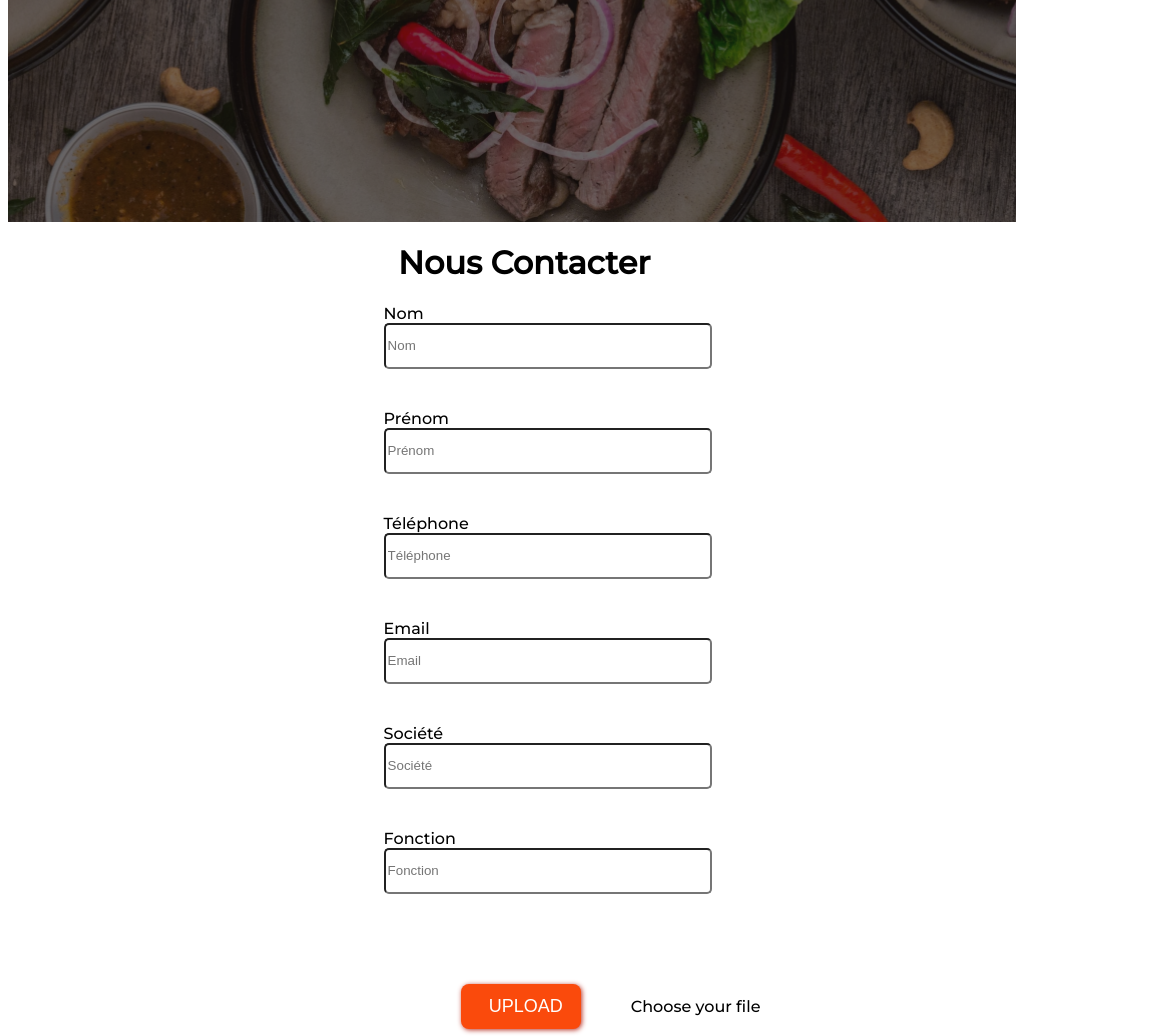
Repository: Ahlam-belhadj/bella-olange
Page: index3.html
These files come from the project's save history. The page is drawn as it stood at one moment and after the next save; the edit follows.
The browser window is 1024 px wide. The page is 1166 px wide, so the pictures cover 1166 px, including what lies to the right of the window. The pictures show the part of the page from y = 485 to 1521 px (the page is 2650 px tall before and 2491 px after).

Above is the page before, as saved 2023-02-14 15:44:47.

### index3.html
<!DOCTYPE html>
<html lang="en">

<head>
    <meta charset="UTF-8">
    <meta http-equiv="X-UA-Compatible" content="IE=edge">
    <meta name="viewport" content="width=device-width, initial-scale=1.0">
    <link rel="stylesheet" href="style3.css">
    <script src="https://www.google.com/recaptcha/api.js" async defer></script>
    <title>Bella olanje</title>
</head>

<body>
    <header>
        <nav>
            <div class="logo"><img  class="logo" src="image/logo_bella_olonje.png" alt="logo"></div>
            <ul>
                <li><a href="#" class="nav-link">Home</a></li>
                <li><a href="#" class="nav-link">Pizza</a></li>
                <li><a href="#" class="nav-link">Burgers</a></li>
                <li><a href="#" class="nav-link">Salade</a></li>
                <li><a href="#" class="nav-link">Contact</a></li>

            </ul>
            <div class="icon_navbar">
                <label for="click" class="menu-btn">
                  <i class="fas fa-bars"></i>
                </label>
            </div>
          </nav>

        <div class="title">
            <div class="texte">
                <h3>Food app</h3>
                <h1>Chez Bella <br>
                    chaque désire s'additionne.</h1>
            </div>
        </div>
    </header>
    <main>
    <div class="information">
        <form>
            <h1>Nous Contacter</h1>
            <div class="commande">
                <div class="info1">
                    <div class="label">
                        <label>Nom</label>
                        <br>
                        <input type="text" placeholder="Nom">
                    </div>
                    <div class="label">
                        <label>Prénom</label>
                        <br>
                        <input type="text" placeholder="Prénom">
                    </div>
                </div>
                <div class="info2">
                    <div class="label">
                        <label>Téléphone</label>
                        <br>
                        <input type="text" placeholder="Téléphone">
                    </div>
                    <div class="label">
                        <label>Email</label>
                        <br>
                        <input type="email" placeholder="Email">
                    </div>
                </div>
                <div class="info1">
                    <div class="label">
                        <label>Société</label>
                        <br>
                        <input type="text" placeholder="Société">
                    </div>
                    <div class="label">
                        <label>Fonction</label>
                        <br>
                        <input type="email" placeholder="Fonction">
                    </div>
                </div>

            </div>
        </form>
    </div>


    <div class="chose">
        <div class="div_button">
            <button class="button1" type="button">UPLOAD</button>
            <p>Choose your file</p>
        </div>
    </div>

    <div>
        <div class="g-recaptcha" data-sitekey="6Lff4ygkAAAAABA1RWNuq8ewgkRZaDD-yAWqFs1t"></div>
    </div>

    <div class="grp_choose">
        <div class="choose_message">
            <div class="label_choose">
                <label>Objet</label><br>
                <input type="text" placeholder="Objet">
            </div>
            <div class="label_message">
                <label>Message</label><br>
                <textarea placeholder="Message"></textarea>
            </div>
        </div>
    </div>


    <div class="maps">
        <iframe
            src="https://www.google.com/maps/embed?pb=!1m18!1m12!1m3!1d6464.54830951471!2d2.4294808287259815!3d48.785241545980085!2m3!1f0!2f0!3f0!3m2!1i1024!2i768!4f13.1!3m3!1m2!1s0x47e67344bd2d57f1%3A0x2a84a845271b523a!2sAFPA!5e0!3m2!1sfr!2sfr!4v1674668360985!5m2!1sfr!2sfr"
            width="600" height="450" style="border:0;" allowfullscreen="" loading="lazy"
            referrerpolicy="no-referrer-when-downgrade"></iframe>
    </div>


    <div class="button1">
        <button class="button">Envoyer</button>
    </div>
</main>
</body>

</html>

### style3.css
@import url('https://fonts.googleapis.com/css2?family=Montserrat:wght@100;200;500&display=swap');

body {
    font-family: Montserrat, sans-serif;
}


.logo {
    height: 80px;
}

nav {
    display: flex;
    height: 80px;
    width: 100%;
    background: white;
    align-items: center;
    justify-content: space-between;
    padding: 0 50px 0 100px;
    flex-wrap: wrap;
}

nav .logo {
    color: #fff;
    font-size: 20px;
    text-transform: uppercase;
    text-decoration: none;
}

nav a {
    color: #fff;
    text-decoration: none;
}

nav ul {
    display: flex;
    flex-wrap: wrap;
    list-style: none;

}

nav ul li {
    margin: 0 5px;
}

nav ul li a {
    color: black;
    text-decoration: none;
    font-size: 16px;
    font-weight: 500;
    padding: 8px 15px;
    border-radius: 5px;
    letter-spacing: 1px;
    transition: all 0.3s ease;
}

nav .icon_navbar {
    display: flex;
}



nav .menu-btn i {
    color: #050505;
    font-size: 22px;
    cursor: pointer;

}

input[type="checkbox"] {
    display: none;
}

@media (max-width: 1000px) {
    nav {
        padding: 0 40px 0 50px;
    }

    nav .logo {
        color: #fff;
        font-size: 16px;
        text-transform: uppercase;
    }
}

@media (max-width: 1250px) {
    nav .menu-btn i {
        display: block;
    }

    #click:checked~.menu-btn i:before {
        content: "\f00d";
    }

    nav ul {
        position: fixed;
        top: 80px;
        right: -100%;
        background: #C81100;
        height: 100vh;
        width: 60%;
        text-align: center;
        display: block;
        transition: all 0.3s ease;
    }

    #click:checked~ul {
        right: 0;
    }

    nav ul li {
        width: 100%;
        margin: 40px 0;
    }

    nav ul li a {
        width: 100%;
        display: block;
        font-size: 20px;
        transition: 0.6s cubic-bezier(0.68, -0.55, 0.265, 1.55);
    }

    #click:checked~ul li a {
        margin-left: 0px;
    }

    nav ul li a.active,
    nav ul li a:hover {
        background: none;
        color: #1E1E1E;
    }
}

.title {
    background-image: url(image/Rectangle\ 48.png);
    height: 619px;
    background-repeat: no-repeat;
    background-position: center;
    background-size: cover;



}

.texte {
    color: white;
    display: flex;
    align-items: center;
    justify-content: center;
    flex-direction: column;
    text-align: center;
    height: 50%;
}

/* header */

h1 {
    padding-left: 100px;
}


h2 {
    text-align: center;
    padding-bottom: 20px;
}

.info1 {
    display: flex;
    justify-content: space-around;
    padding-right: 100px;
}

.info2 {
    display: flex;
    justify-content: space-around;
    padding-right: 100px;
}

input {
    width: 320px;
    height: 40px;
    border-radius: 5px;
    margin-bottom: 40px;

}


.maps {
    display: flex;

    padding-left: 200px;
}

iframe {
    width: 941px;
    height: 500px;
    left: 100px;
    top: 1875px;

}


/* button */
button {
    border: 0;
    line-height: 2.5;
    width: 120px;
    padding: 0 18px;
    font-size: 18px;
    text-align: center;
    color: #fff;
    border-radius: 20px;
    background-color: #FA4A0C;
    box-shadow: 1px 1px 5px #B73227;


}

.button1 {
    display: flex;
    justify-content: end;
    margin: 50px 0px 35px 100px;
    border-radius: 8px;
}

p {
    margin-top: 63px;
    margin-left: 50px;
}

.btn {
    display: flex;
}


.div_button {
    padding: 50px 0px 35px 100px;
    display: flex;
}

/* button */


.chose {
    display: flex;
}

.grp_choose {
    padding-left: 200px;
}

.label_choose input {
    width: 938px;
    height: 35px;
    margin-bottom: 20px;
    margin-top: 10px;
    padding: 5px 12px;
    color: grey;
    border-radius: 5px;
    border-color: gray;
}

.label_message {
    padding-top: 25px;
}

textarea {
    width: 938px;
    height: 141px;
    margin-bottom: 20px;
    color: grey;
    border-color: gray;
    margin-top: 12px;
    padding: 10px 10px 80px;
    outline: none;
    border-radius: 5px;
    resize: none;
}

.g-recaptcha {
    padding-left: 200px;
    margin-bottom: 60px;
}

@media (max-width:650px) {
    .info1 {
        display: flex;
        flex-direction: column;
        padding-left: 15%;
    }

    .info2 {
        display: flex;
        flex-direction: column;
        padding-left: 15%;
    }
    .chose {

        padding-left: 20%;
      }

    .div_button {
        padding: 0px;
    }

    .g-recaptcha {
        margin-top: 40px;
        padding-left: 20%;
    }

    .grp_choose {
        /* padding-left: 0px; */
        padding-left: 15%;
    }

    .label_choose input {
        width: 300px;
    }

    textarea {
        width: 300px;
    }

    .maps {
        padding-left: 0px;
    }

    iframe {
        width: 400px;
        height: 200px;
        top: 1875px;
        padding-left: 10%;

    }

    .button1 {

        justify-content: center;
        margin: 50px 0px 0px 0px;

      }
}

@media screen and (min-width:651px) and (max-width:1199px) {
   .information{
    display: flex;
    justify-content: center;
   }
    .info1 {
        display: flex;
        flex-direction: column;
        padding-left: 20%;
    }

    .info2 {
        display: flex;
        flex-direction: column;
        padding-left: 20%;
    }
    .chose {

        padding-left: 35%;
      }

    .div_button {
        padding: 0px;
    }

    .g-recaptcha {
        margin-top: 40px;
        padding-left: 30%;
    }

    .grp_choose {
        .grp_choose {
            padding-left: 20%;
            display: flex;
            justify-content: center;

        padding-left: 20%;
    }

    .label_choose input {

            width: 550px;

    }

    textarea {
        width: 550px;
    }

    .maps {
        padding-left: 0px;
    }

    iframe {
        width: 700px;
        height: 400px;
        top: 1875px;
        padding-left: 15%;

    }

    .button1 {

        justify-content: center;
        margin: 50px 0px 0px 0px;

    }

    h1 {
        text-align: center;
    }

    input {
        width: 550px;
    }


}

After the next save:
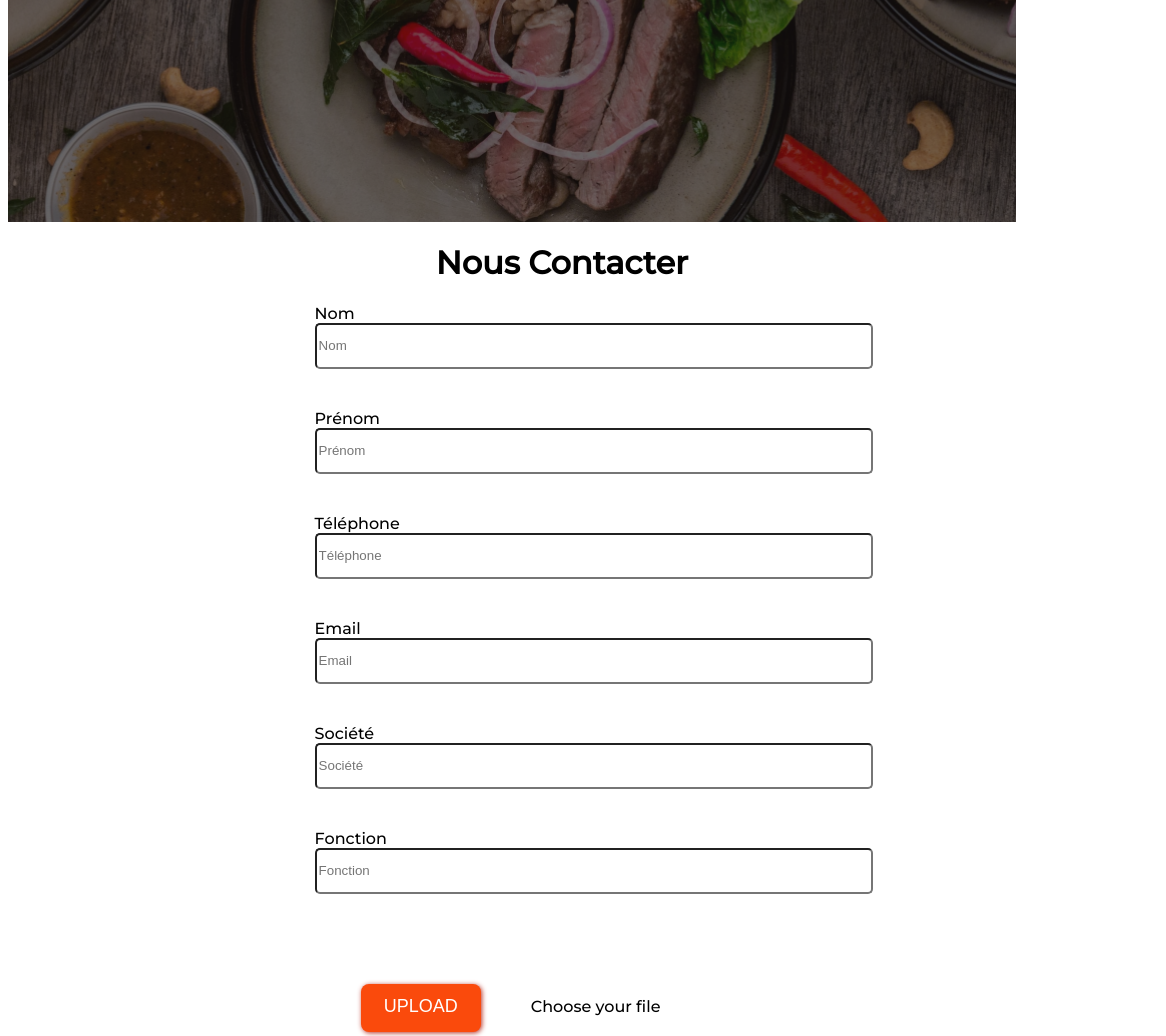
Saved 4 s later.
--- a/style3.css
+++ b/style3.css
@@ -372,8 +372,7 @@ textarea {
     }
 
     .grp_choose {
-        .grp_choose {
-            padding-left: 20%;
+
             display: flex;
             justify-content: center;
 
